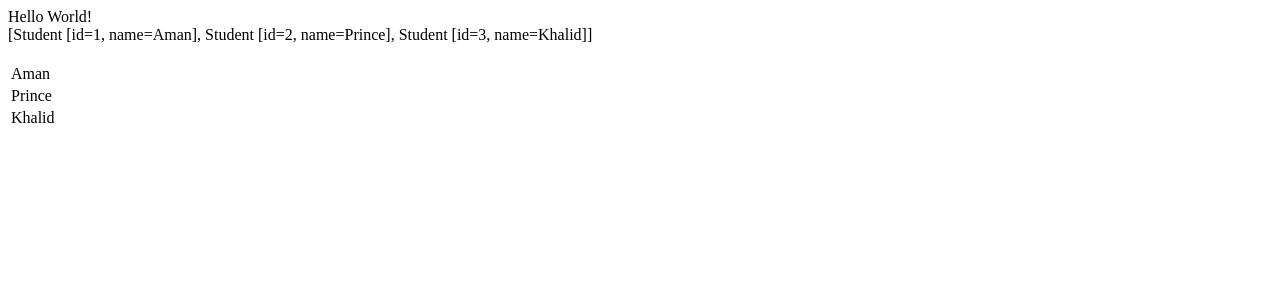
Repository: md-aman-git/Java-Repo-Epam
Page: http://localhost/JSTLDemo/DemoJstl
These files come from the project's save history. The page is drawn as it stood at one moment and after the next save; the edit follows.
The browser window is 1280 px wide. The pictures show the whole page.
The page is served by Tomcat 9.

Above is the page before, as saved 2022-03-07 16:31:54.

After the next save:
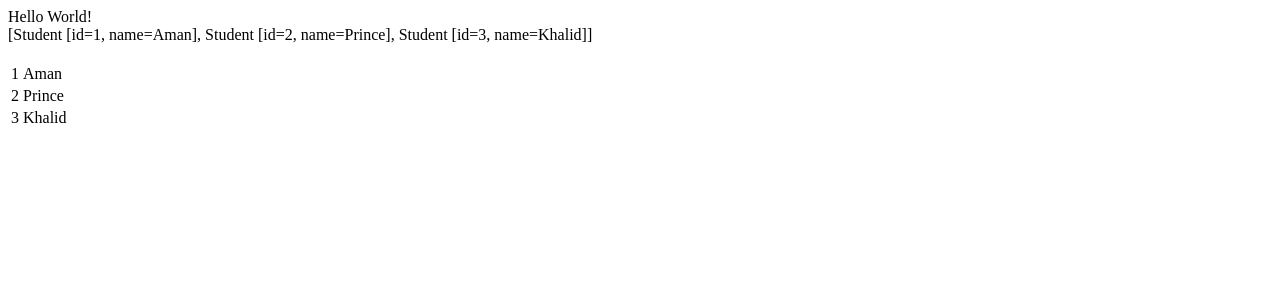
Saved 14 s later.
--- a/JspServlet/JSTLDemo/src/main/webapp/display.jsp
+++ b/JspServlet/JSTLDemo/src/main/webapp/display.jsp
@@ -14,6 +14,7 @@
 	<table>
 	<c:forEach items="${students}" var="stud">
 		<tr>
+			<td>${stud.getId()}</td>
 			<td>${stud.getName()}</td>
 		</tr>
 	</c:forEach>
